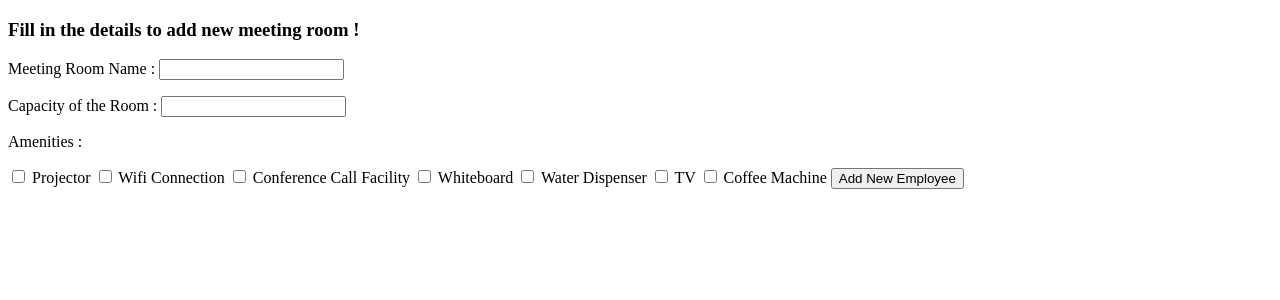
Repository: pavleen14/techyons-code-fury
Page: http://localhost/meetingroommanagement/addNewRoom.jsp
These files come from the project's save history. The page is drawn as it stood at one moment and after the next save; the edit follows.
The browser window is 1280 px wide. The pictures show the whole page.
The page is served by Tomcat 9. Other server files are loaded and not shown.

Above is the page before, as saved 2021-09-25 11:48:45.

### application/meetingroommanagement/src/main/webapp/addNewRoom.jsp
<%@ taglib uri="http://java.sun.com/jsp/jstl/core" prefix="e"%>
<!DOCTYPE html>
<html>
<head>
<meta charset="ISO-8859-1">
</head>
<body>
<%@page import="java.util.*, com.hsbc.meets.entity.*" %>
<%
    List<String> amenities = (List<String>) request.getAttribute("amenities");
    pageContext.setAttribute("amenities", amenities);
%>
<h3>Fill in the details to add new meeting room !</h3>
<form action="http://localhost:8080/meetingroommanagement/meetingroom" method=POST>
   Meeting Room Name :
   <input type="text" name="mname"><p>
   Capacity of the Room :
   <input type="text" name="mcapacity"><p>

   Amenities : <p>
   <input type="checkbox"  name="amenities" value="Projector"> Projector
   <input type="checkbox"  name="amenities" value="Wifi Connection"> Wifi Connection
   <input type="checkbox"  name="amenities" value="Conference Call Facility"> Conference Call Facility
   <input type="checkbox"  name="amenities" value="Whiteboard"> Whiteboard
   <input type="checkbox"  name="amenities" value="Water Dispenser"> Water Dispenser
   <input type="checkbox"  name="amenities" value="TV"> TV
   <input type="checkbox"  name="amenities" value="Coffee Machine"> Coffee Machine
   <input type ="submit" value ="Add New Employee">

</form>
<p>
</body>
</html>

After the next save:
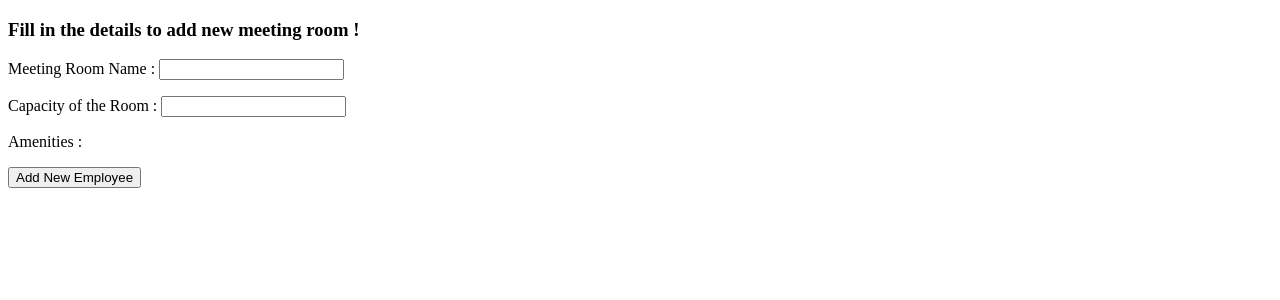
Saved 43 s later.
--- a/application/meetingroommanagement/src/main/webapp/addNewRoom.jsp
+++ b/application/meetingroommanagement/src/main/webapp/addNewRoom.jsp
@@ -18,6 +18,7 @@
    <input type="text" name="mcapacity"><p>
 
    Amenities : <p>
+   <e:forEach items="${amenities}" var="room">
    <input type="checkbox"  name="amenities" value="Projector"> Projector
    <input type="checkbox"  name="amenities" value="Wifi Connection"> Wifi Connection
    <input type="checkbox"  name="amenities" value="Conference Call Facility"> Conference Call Facility
@@ -25,6 +26,7 @@
    <input type="checkbox"  name="amenities" value="Water Dispenser"> Water Dispenser
    <input type="checkbox"  name="amenities" value="TV"> TV
    <input type="checkbox"  name="amenities" value="Coffee Machine"> Coffee Machine
+   </e:forEach>
    <input type ="submit" value ="Add New Employee">
 
 </form>
